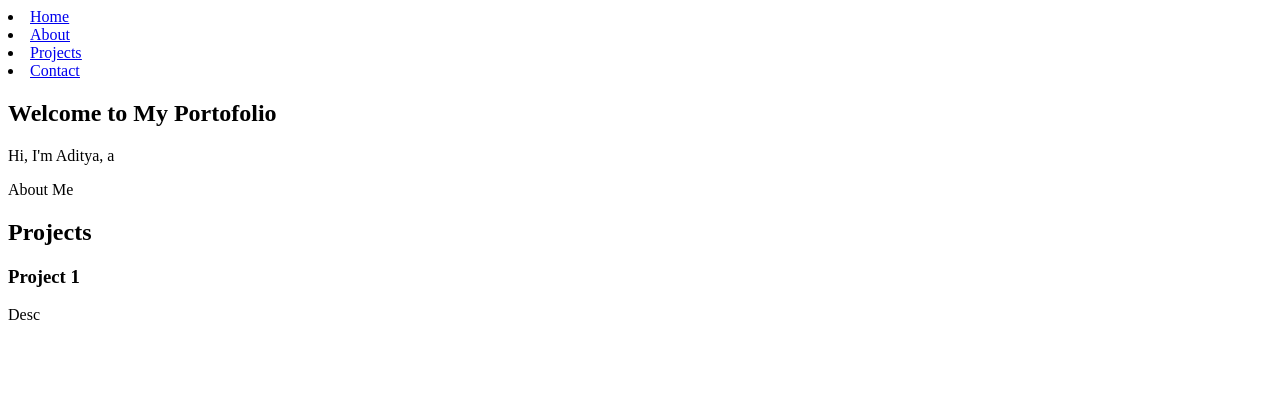
Repository: 4Kbrain/Portofolio
Page: index.html
These files come from the project's save history. The page is drawn as it stood at one moment and after the next save; the edit follows.
The browser window is 1280 px wide. The pictures show the whole page.

Above is the page before, as saved 2024-05-15 07:31:27.

### index.html
<!DOCTYPE html>
<html lang="en">
<head>
    <meta charset="UTF-8">
    <meta name="viewport" content="width=device-width, initial-scale=1.0">
    <title>My Portofolio</title>
</head>
<body>
    <header>
        <nav>
            <u>
                <li><a href="#home">Home</a></li>
                <li><a href="#about">About</a></li>
                <li><a href="#projects">Projects</a></li>
                <li><a href="#contact">Contact</a></li>
            </u>
        </nav>
    </header>

<section id="home">
    <h1>Welcome to My Portofolio</h1>
    <p>Hi, I'm Aditya, a </p>
</section>

<section id="about">
    <p>About Me</p>
    <p></p>
</section>

<section id="projects">
    <h2>Projects</h2>
    <div class="project">
        <h3>Project 1</h3>
        <p>Desc</p>
    </div>
    <div class="project"></div>
</section>
</body>
</html>

After the next save:
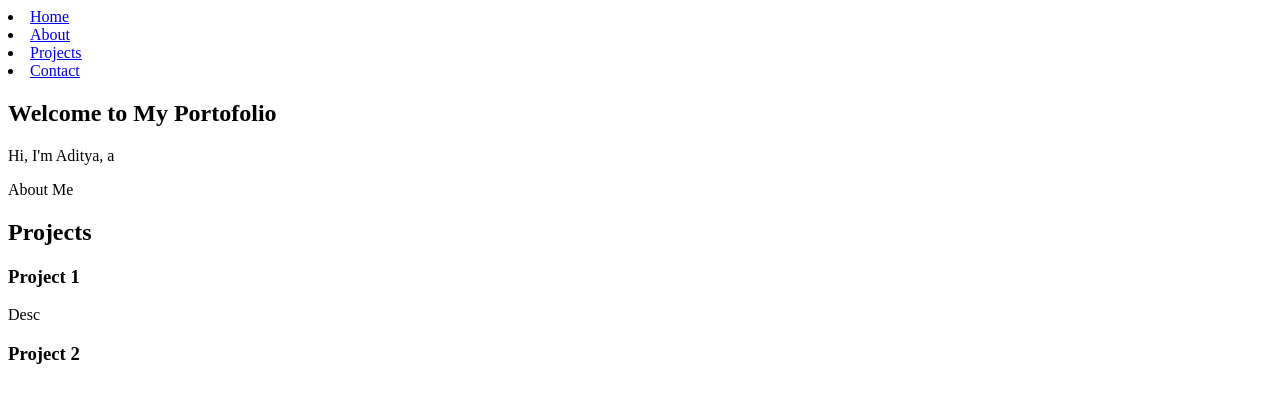
Saved 8 s later.
--- a/index.html
+++ b/index.html
@@ -33,7 +33,9 @@
         <h3>Project 1</h3>
         <p>Desc</p>
     </div>
-    <div class="project"></div>
+    <div class="project">
+        <h3>Project 2</h3>
+    </div>
 </section>
 </body>
 </html>
